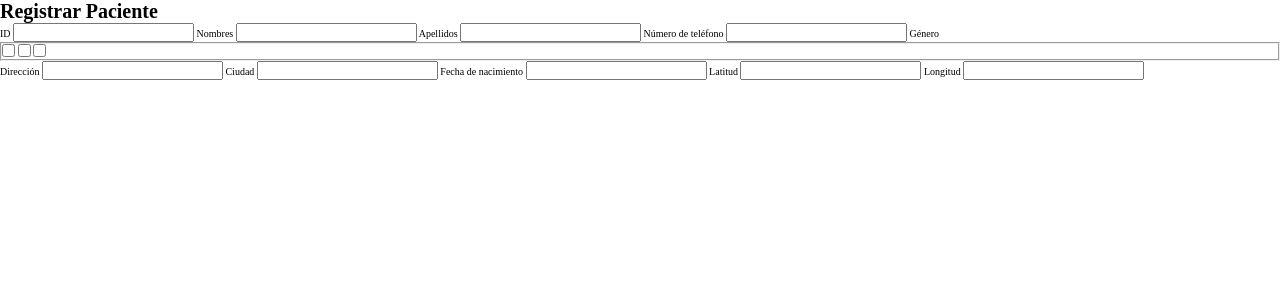
Repository: alexvl06/HospiEnCasa
Page: HospiEnCasa.App/HospiEnCasa.App.Frontend/pacientForm.html
These files come from the project's save history. The page is drawn as it stood at one moment and after the next save; the edit follows.
The browser window is 1280 px wide. The pictures show the whole page.

Above is the page before, as saved 2022-07-05 16:40:13.

After the next save:
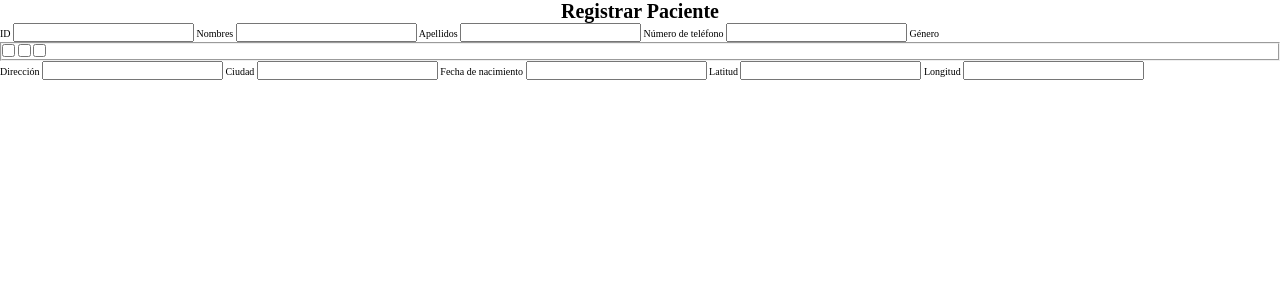
Saved 61 s later.
--- a/HospiEnCasa.App/HospiEnCasa.App.Frontend/style.css
+++ b/HospiEnCasa.App/HospiEnCasa.App.Frontend/style.css
@@ -7,3 +7,8 @@
 html{
   font-size: 62.5%;
 }
+
+h1{
+  display:flex;
+  justify-content: center;
+}
